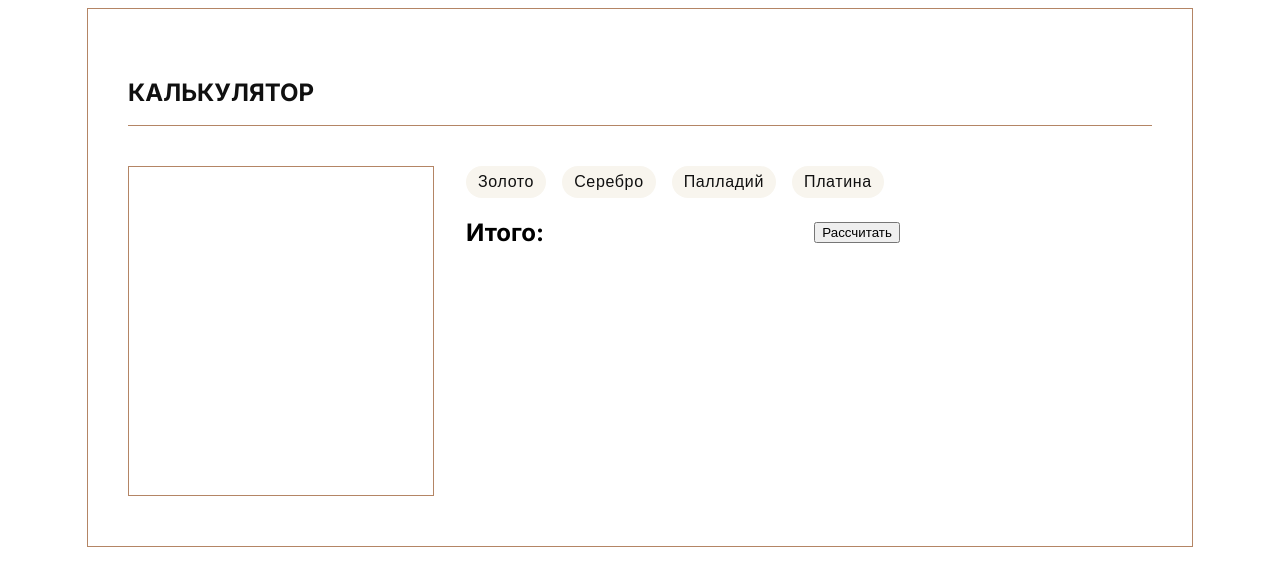
Repository: Kirill2034/Calculator-metal
Page: /
These files come from the project's save history. The page is drawn as it stood at one moment and after the next save; the edit follows.
The browser window is 1280 px wide. The pictures show the whole page.
The project was rebuilt for these pictures with package versions that can differ from the ones it lists, and the page was loaded fresh each time.

Above is the page before, as saved 2021-11-27 18:37:17.

After the next save:
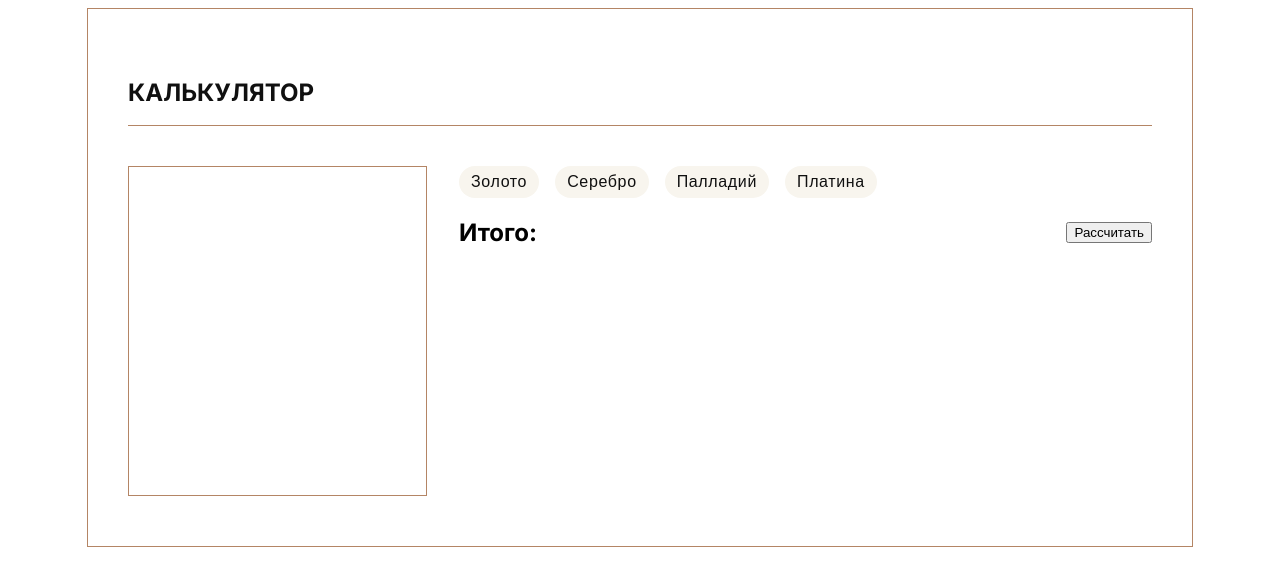
Saved 97 s later.
--- a/src/App.css
+++ b/src/App.css
@@ -2,5 +2,6 @@
 .App .title {border-bottom: 1px solid #B48565; text-transform: uppercase; font-weight: 900; font-size: 16px; line-height: 24px; color: #101010; margin-top: 72px; margin-bottom: 40px;}
 
 .App .calculator {display: flex;}
-.App .calculator .metal-image {width: 304px; height: 328px; border: 1px solid #B48565; margin-right: 32px;}
+.App .calculator .metal-image {width: 30%; height: 328px; border: 1px solid #B48565; margin-right: 32px;}
+.App .calculator .content {width: 70%;}
 .App .calculator .calculate {display: flex; align-items: center; justify-content: space-between}
